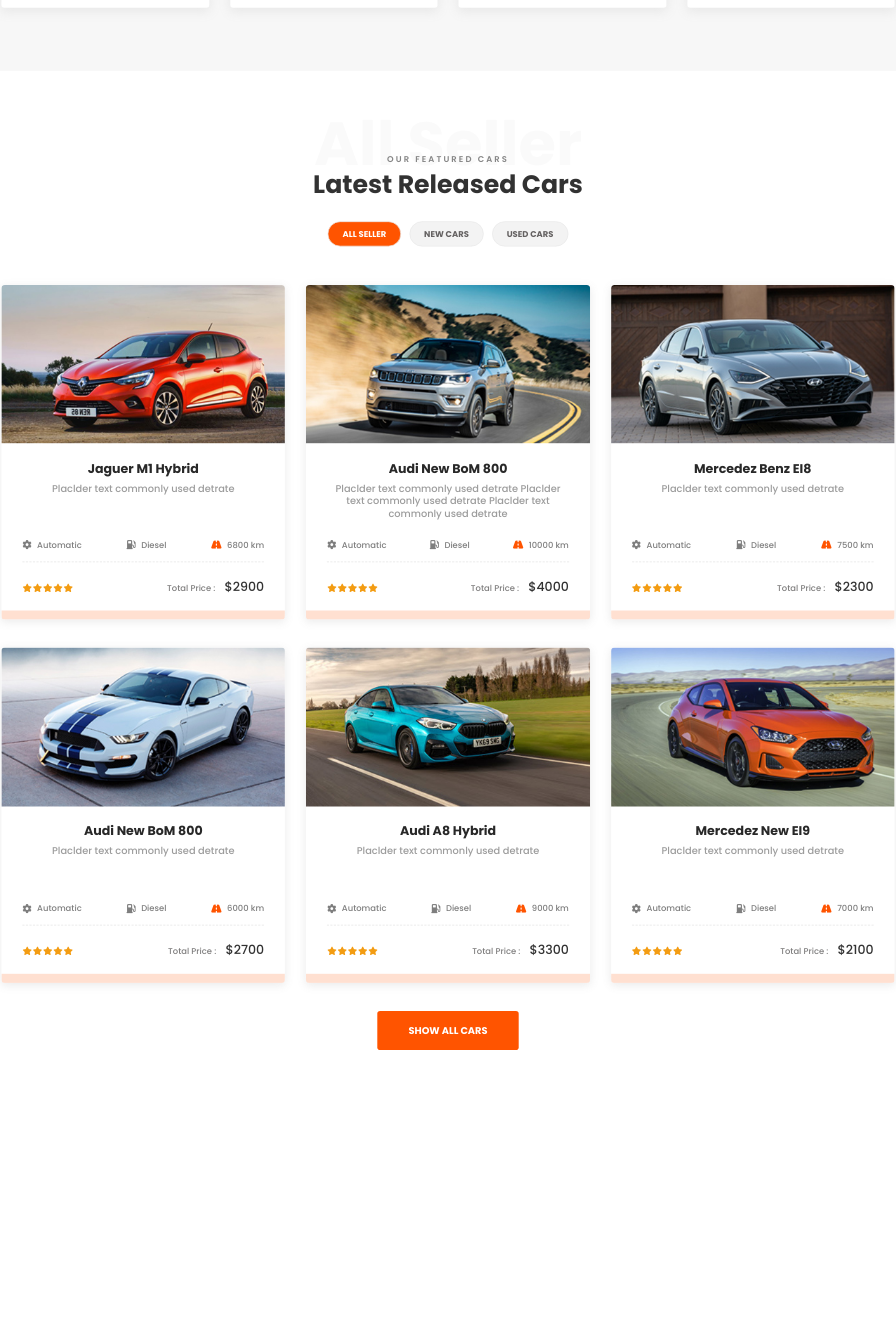
Repository: thanhdinh01/shopcar
Page: index.html
An editor plug-in stored every save of this project. The page is shown before and after the next save, followed by the edit.
The browser window is 1280 px wide. The pictures show the part of the page from y = 1353 to 3273 px (the page is 3273 px tall before and 3236 px after), at 70% of full size.
Some web libraries are served in a nearby version. The style sheet was rebuilt from its Sass, Less or Tailwind sources for each picture, by a compiler version that may differ from the author's.

Above is the page before, as saved 2022-08-17 15:54:16.

After the next save:
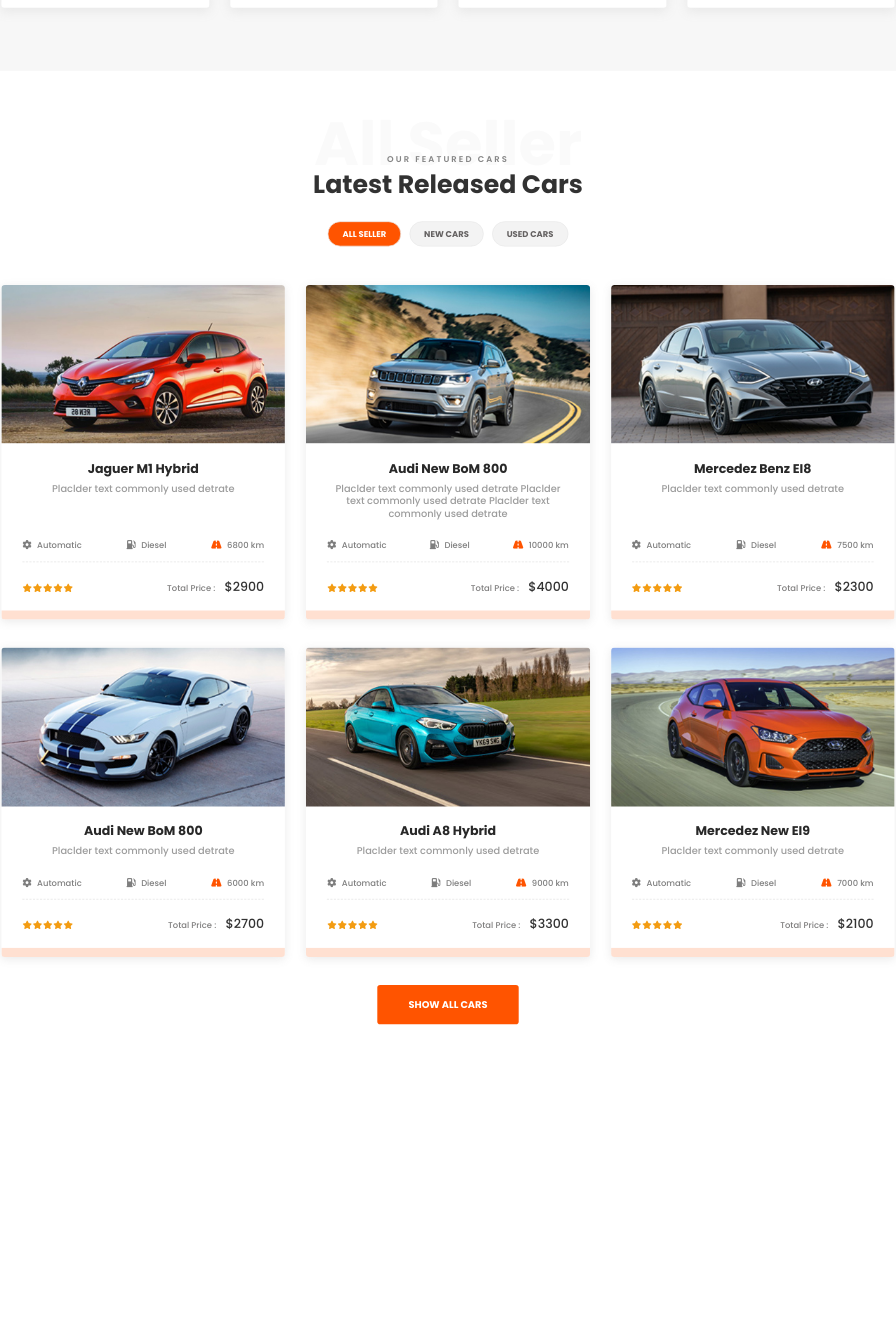
Saved 13 min 5 s later.
--- a/css/_release-car.scss
+++ b/css/_release-car.scss
@@ -56,7 +56,6 @@
       .car-list {
         display: grid;
         grid-template-columns: repeat(3, 1fr);
-        grid-template-rows: repeat(2, 1fr);
         grid-gap: 40px 30px;
         .car-item {
           border-radius: 5px;
